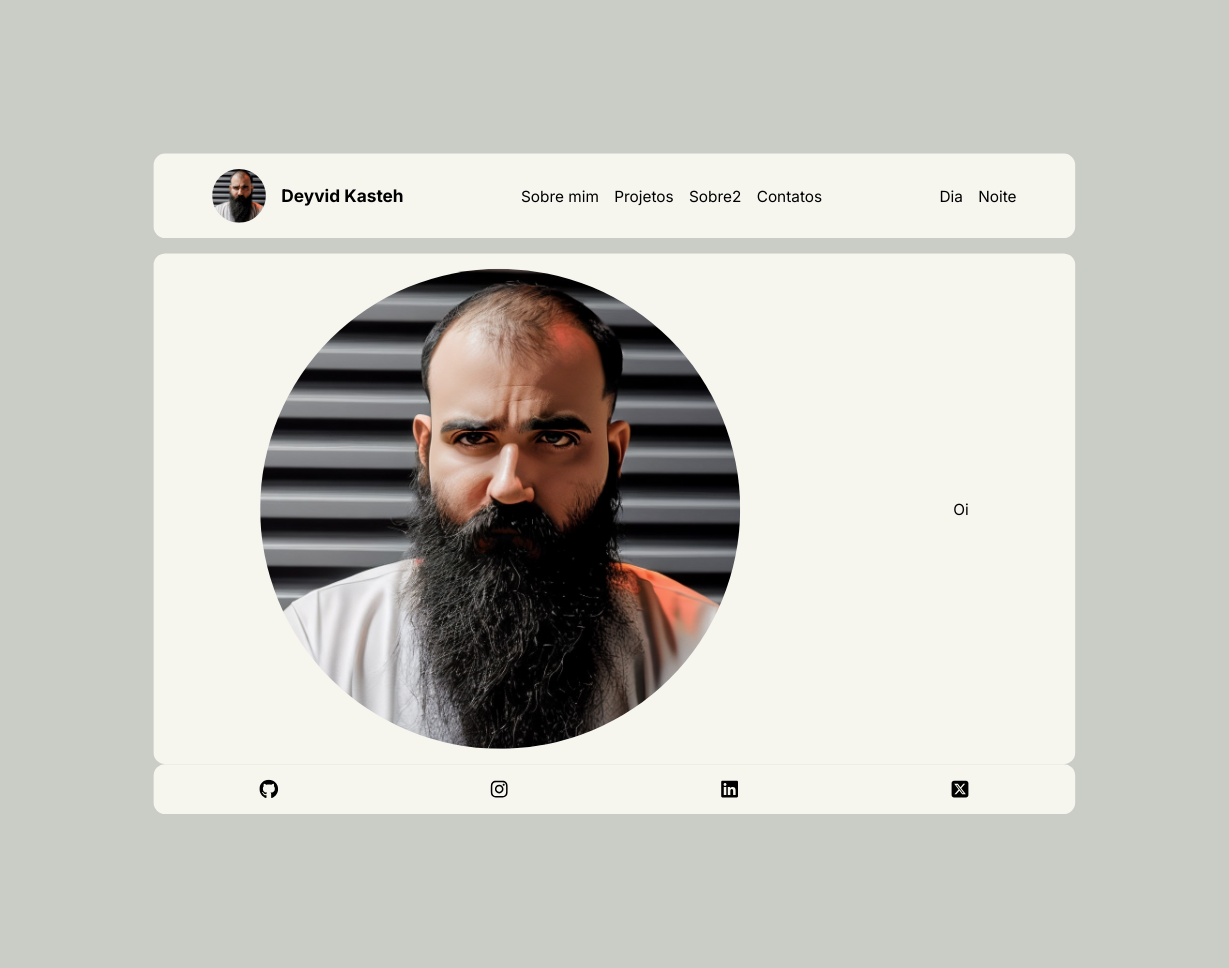
Repository: Deyvid-Kasteh/kasteh_portfolio
Page: /
These files come from the project's save history. The page is drawn as it stood at one moment and after a run of saves; the edit follows.
The browser window is 1280 px wide. The pictures show the whole page, at 96% of full size.
The project was rebuilt for these pictures with package versions that can differ from the ones it lists, and the page was loaded fresh each time. The framework's server and built-in components were replaced by stand-ins that run in the browser. Also part of the build but not shown: next.config.mjs.

Above is the page before, as saved 2024-03-26 00:21:47.

### src/app/layout.tsx
import type { Metadata } from "next";
import { Inter } from "next/font/google";
import "./globals.css";

const inter = Inter({ subsets: ["latin"] });

export const metadata: Metadata = {
  title: "Create Next App",
  description: "Generated by create next app",
};

export default function RootLayout({
  children,
}: Readonly<{
  children: React.ReactNode;
}>) {
  return (
    <html lang="pt-br">
      <body
        className={`bg-customGrayBG ${inter.className} p-4 sm:p-6 md:p-8 lg:p-10 xl:p-40`}
      >
        {children}
      </body>
    </html>
  );
}

### src/app/page.tsx
import Footer from "./components/footer";
import Header from "./components/header";
import Main from "./components/main";

export default function Home() {
  return (
    <>
      <Header />
      <Main />
      <Footer/>
    </>
  );
}

### src/app/globals.css
@tailwind base;
@tailwind components;
@tailwind utilities;

:root {
  --foreground-rgb: 0, 0, 0;
  --background-start-rgb: 214, 219, 220;
  --background-end-rgb: 0, 0, 0;
}

/* @media (prefers-color-scheme: dark) {
  :root {
    --foreground-rgb: 255, 255, 255;
    --background-start-rgb: 0, 0, 0;
    --background-end-rgb: 0, 0, 0;
  }
} */

body {
  color: "#25282B"
  /* background: linear-gradient(
      to bottom,
      transparent,
      rgb(var(--background-end-rgb))
    )
    rgb(var(--background-start-rgb)); */
}



@layer utilities {
  .text-balance {
    text-wrap: balance;
  }
}

### src/app/components/footer.tsx
import React from "react";
import {
  FaGithub,
  FaInstagram,
  FaLinkedin
} from "react-icons/fa";
import { FaSquareXTwitter } from "react-icons/fa6";

const Footer: React.FC = () => {
  return (
    <main className="bg-customGrayComponents flex justify-around items-center py-4 rounded-xl text-[20px]">
      <FaGithub />
      <FaInstagram />
      <FaLinkedin />
      <FaSquareXTwitter />
    </main>
  );
};

export default Footer;

### src/app/components/header.tsx
import React from "react";
import logo from "../../../public/deyvidKaseth.jpg";
import Image from "next/image";

const Header: React.FC = () => {
  return (
    <header className="bg-customGrayComponents flex justify-around items-center py-4 rounded-xl mb-4">
      <div className="flex items-center space-x-4">
        <Image src={logo} alt="Logo" className="rounded-full w-14 h-14" />
        <h1 className="text-lg font-bold">Deyvid Kasteh</h1>
      </div>
      <nav>
        <ul className="flex space-x-4">
          <li>
            <a href="#">Sobre mim</a>
          </li>
          <li>
            <a href="#" c>
              Projetos
            </a>
          </li>
          <li>
            <a href="#">Sobre2</a>
          </li>
          <li>
            <a href="#">Contatos</a>
          </li>
        </ul>
      </nav>
      <div className="flex space-x-4">
        <p>Dia</p>
        <p>Noite</p>
      </div>
    </header>
  );
};

export default Header;

### src/app/components/main.tsx
import React from 'react'
import MinhaFoto from './common/fotoDeyvidKasteh';

const Main: React.FC = () => {
  return (
    <main className="bg-customGrayComponents flex justify-around items-center py-4 rounded-xl">
      <div>
        <MinhaFoto height={500} width={500} />
      </div>
      <div>Oi</div>
    </main>
  );
}

export default Main

### src/app/components/common/fotoDeyvidKasteh.tsx
import React from "react"
import minhafoto from "../../../../public/deyvidKaseth.jpg"
import Image from "next/image"


interface ImageProps {
  width: number;
  height: number;
}


const MinhaFoto: React.FC<ImageProps> = ({ width, height }) => {
  return (
    <Image
      src={minhafoto}
      alt="Foto de Deyvid Kasteh"
      width={width}
      height={height}
      className="rounded-full"
    />
  );
};

export default MinhaFoto

### tailwind.config.ts
import type { Config } from "tailwindcss";

const config: Config = {
  content: [
    "./src/pages/**/*.{js,ts,jsx,tsx,mdx}",
    "./src/components/**/*.{js,ts,jsx,tsx,mdx}",
    "./src/app/**/*.{js,ts,jsx,tsx,mdx}",
  ],
  theme: {
    extend: {
      backgroundImage: {
        "gradient-radial": "radial-gradient(var(--tw-gradient-stops))",
        "gradient-conic":
          "conic-gradient(from 180deg at 50% 50%, var(--tw-gradient-stops))",
      },
      colors: {
        customGrayBG: "#CACCC6", // Definindo o background color
        customGrayComponents: "#F6F6EF",
      },
    },
  },
  plugins: [],
};
export default config;

After the next 2 saves:
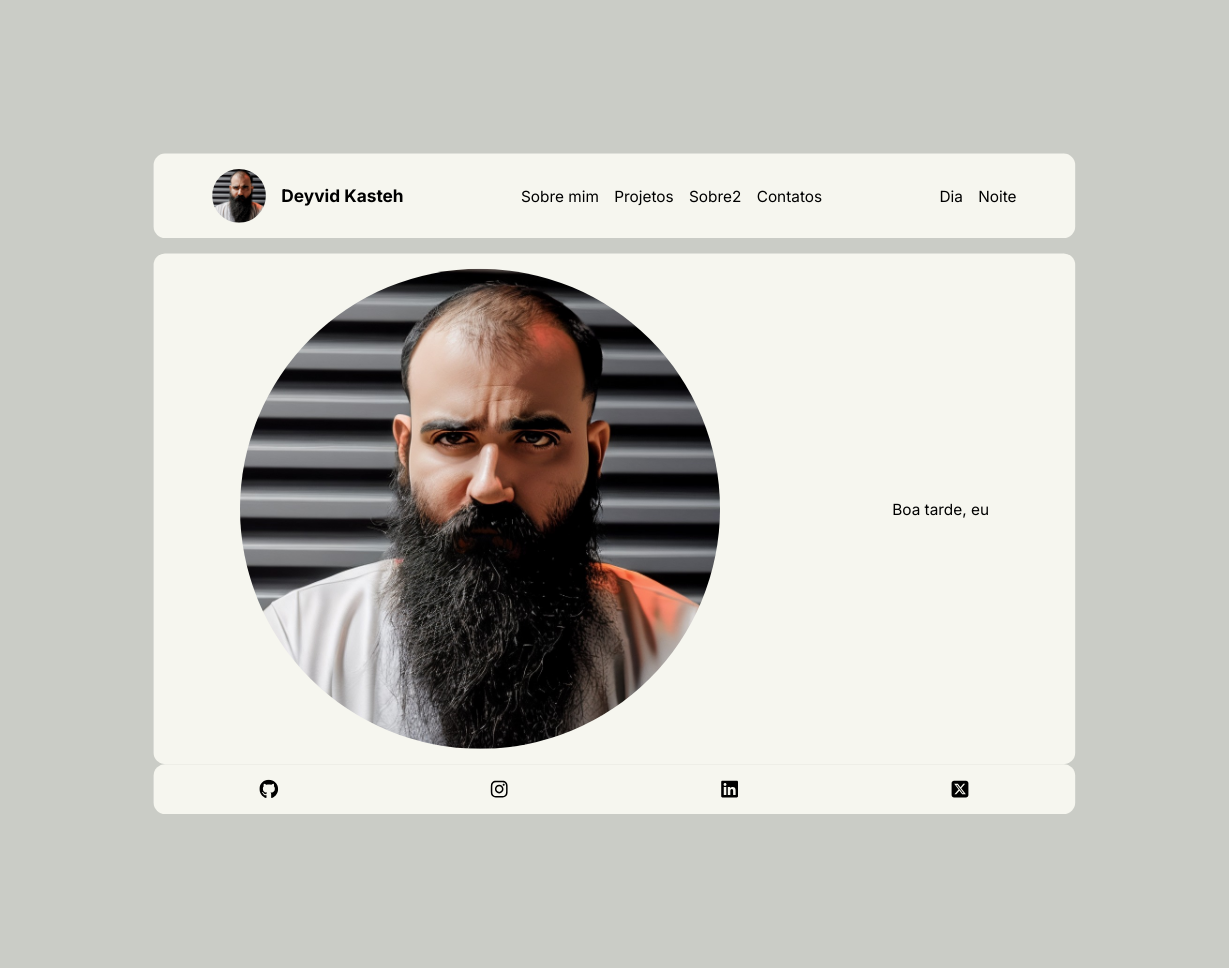
The 2 saves are shown as one change because they came seconds apart.
The last was saved 11 s later.
--- a/src/app/components/main.tsx
+++ b/src/app/components/main.tsx
@@ -7,7 +7,7 @@ const Main: React.FC = () => {
       <div>
         <MinhaFoto height={500} width={500} />
       </div>
-      <div>Oi</div>
+      <div>Boa tarde, eu </div>
     </main>
   );
 }
